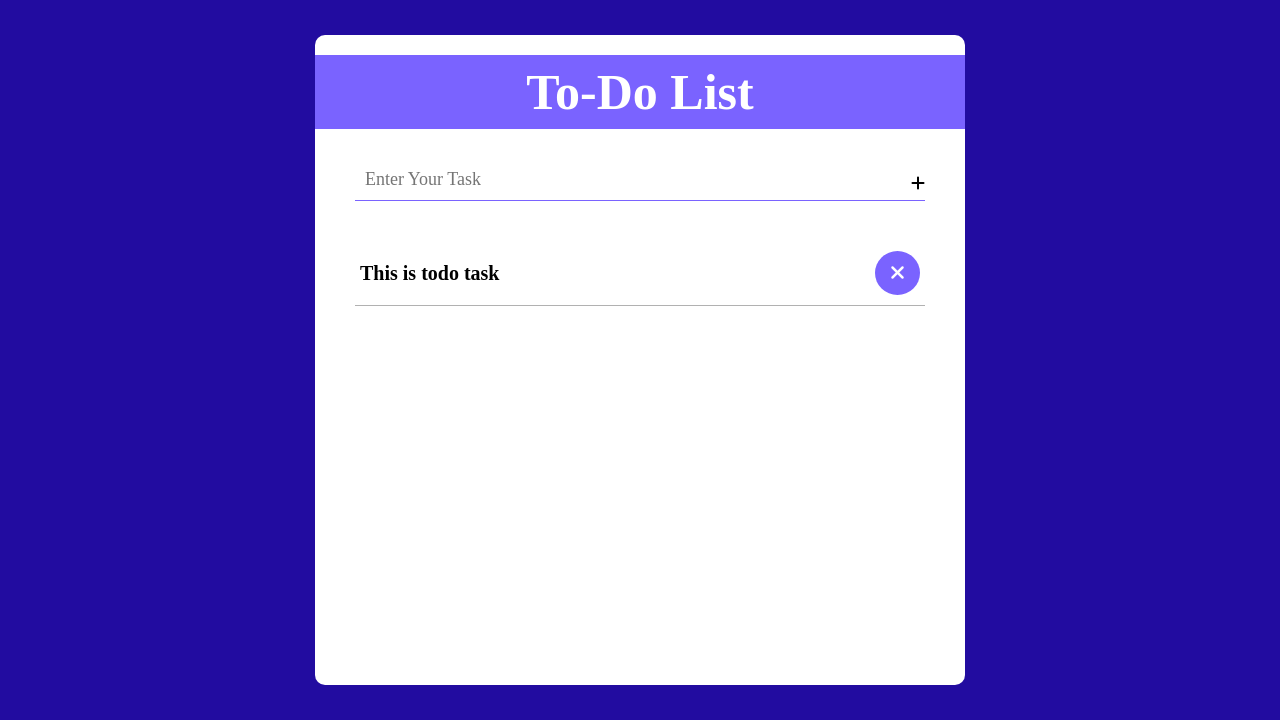
Repository: AliHassan02-Dev/To-Do-App
Page: /
The author's editor kept a copy of each file at every save. The page is drawn from the files as they stood at one save, then again after the next save.
The browser window is 1280 px wide. The pictures show the whole page.
Some web libraries are served in a nearby version. The project was rebuilt for these pictures with package versions that can differ from the ones it lists, and the page was loaded fresh each time. Also part of the build but not shown: vite.config.js.

Above is the page before, as saved 2024-10-28 11:54:56.

### src/App.css
* {
  margin: 0;
  padding: 0;
  box-sizing: border-box;
  font-family: poppins;
}

.mainWrapper {
  width: 100%;
  height: 100vh;
  background-color: rgb(34, 12, 160);
  display: flex;
  justify-content: center;
  flex-direction: column;
}

.mainWrapper .container {
  width: 100%;
  max-width: 650px;
  height: 650px;
  background-color: white;
  margin: auto;
  border-radius: 10px;
}

.mainWrapper .container .topBar {
  margin: 20px 0px;
}

.mainWrapper .container .topBar h2 {
  width: 100%;
  text-align: center;
  background-color: rgb(122, 99, 255);
  font-size: 50px;
  padding: 8px;
  color: white;
}

.mainWrapper .container .topBar .addTask {
  width: 100%;
  display: flex;
  justify-content: center;
  align-items: center;
  padding: 10px 40px;
  margin-top: 20px;
  position: relative;
}

.mainWrapper .container .topBar .addTask .wrapper {
  width: 100%;
  display: flex;
  justify-content: center;
  align-items: center;
  position: relative;
}

.mainWrapper .container .topBar .addTask input {
  width: 100%;
  border: none;
  border-bottom: 1px solid rgb(122, 99, 255);
  font-size: 18px;
  padding: 10px;
}

.mainWrapper .container .topBar .addTask span {
  position: absolute;
  bottom: 10px;
  right: 0;
}

.mainWrapper .container .bottomBar {
  margin: 20px 0px;
  padding: 10px 40px;
}

.mainWrapper .container .bottomBar ol {
  list-style-type: none;
}

.mainWrapper .container .bottomBar .taskList {
  width: 100%;
  flex-wrap: nowrap;
  display: flex;
  justify-content: space-between;
  align-items: center;
  border-bottom: 1px solid rgba(100, 100, 100, 0.5);
  padding: 10px 5px;
}

.mainWrapper .container .bottomBar .taskList li {
  font-size: 20px;
  font-weight: 600;
}

.mainWrapper .container .bottomBar .taskList span {
  color: white;
  background-color: rgb(122, 99, 255);
  padding: 12px 15px;
  font-size: 20px;
  border-radius: 100%;
  cursor: pointer;
}

### src/App.jsx
import React from "react";
import TaskList from "./Components/TaskList";

const App = () => {
  return (
    <div className="mainWrapper">
      <div className="container">
        <div className="topBar">
          <h2>To-Do List</h2>

          <div className="addTask">
            <div className="wrapper">
              <input type="text" placeholder="Enter Your Task" />
              <span className="fa-solid fa-plus"></span>
            </div>
          </div>
        </div>
        <div className="bottomBar">
          <ol>
            <TaskList />
          </ol>
        </div>
      </div>
    </div>
  );
};

export default App;

### src/Components/TaskList.jsx
import React from "react";

const TaskList = () => {
  return (
    <div className="taskList">
      <li>This is todo task</li>
      <span class="fa-solid fa-xmark"></span>
    </div>
  );
};

export default TaskList;

Loaded but not shown: index.html (common file); src/main.jsx (common file)

After the next save:
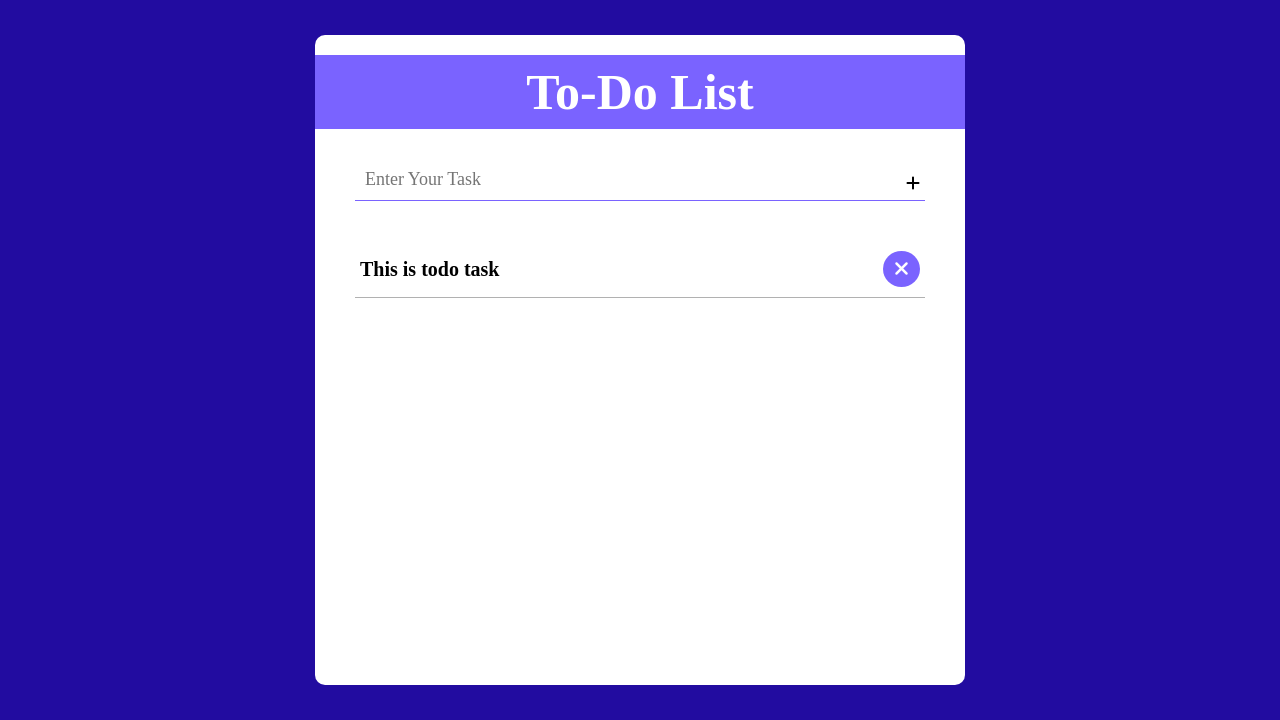
Saved 39 s later.
--- a/src/App.css
+++ b/src/App.css
@@ -65,7 +65,8 @@
 .mainWrapper .container .topBar .addTask span {
   position: absolute;
   bottom: 10px;
-  right: 0;
+  right: 5px;
+
 }
 
 .mainWrapper .container .bottomBar {
@@ -95,7 +96,7 @@
 .mainWrapper .container .bottomBar .taskList span {
   color: white;
   background-color: rgb(122, 99, 255);
-  padding: 12px 15px;
+  padding: 8px 11px;
   font-size: 20px;
   border-radius: 100%;
   cursor: pointer;
